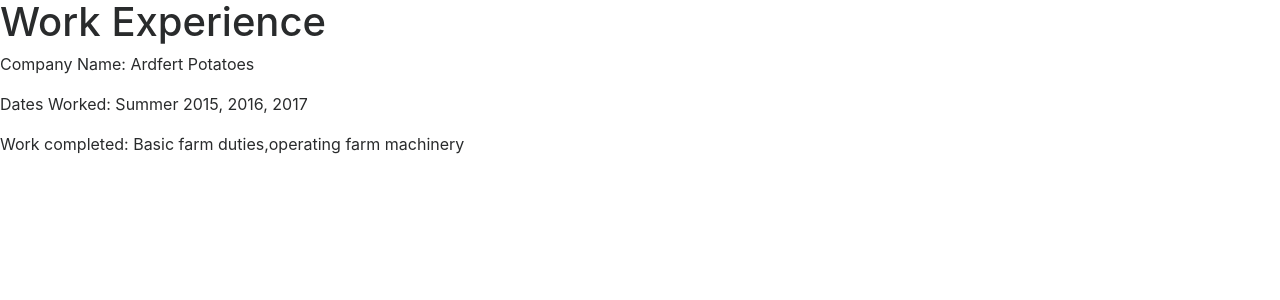
Repository: podgeomahony/is1113117413984
Page: cv/cv_page3.html
The author's editor kept a record of every edit. The page is drawn from the files as they stood at one moment, then again after the next edit.
The browser window is 1280 px wide. The pictures show the whole page.
Some web libraries are served in a nearby version.

Above is the page before.
Console error (its wording comes from the project's code and is left out).

After the next edit:
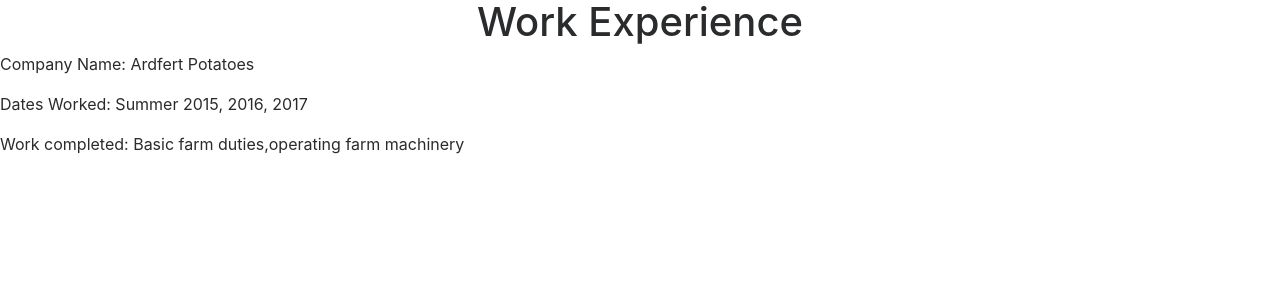
The edit:
--- a/cv/cv_page3.html
+++ b/cv/cv_page3.html
@@ -14,7 +14,8 @@
 
     </head>
     <body>
-        <h1>Work Experience</h1>
+        <h1 class="mainheading">Work Experience</h1>
+
         <p>Company Name: Ardfert Potatoes</p>
         <p>Dates Worked: Summer 2015, 2016, 2017</p>
         <p>Work completed: Basic farm duties,operating farm machinery</p>
